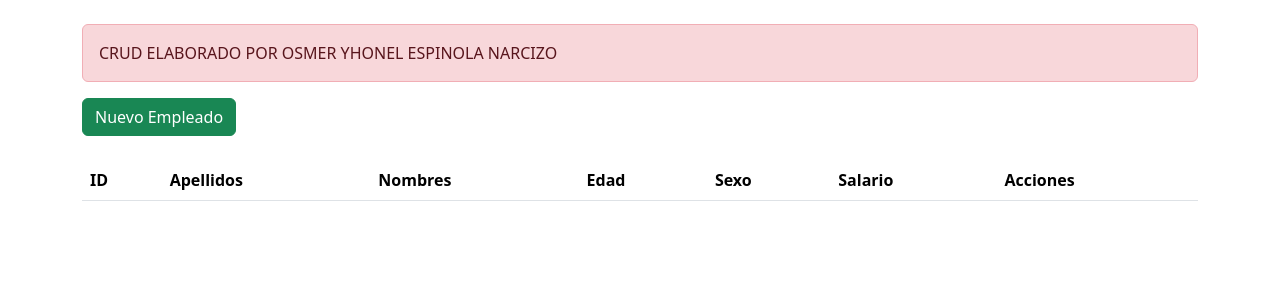
Repository: YhonelEspinola/ExamenLP22
Page: http://localhost/index
An editor plug-in stored every save of this project. The page is shown before and after the next save, followed by the edit.
The browser window is 1280 px wide. The pictures show the whole page.
The page is this project's Thymeleaf template; nobody is signed in. The template is opened directly, without the code that normally fills it, so the values that code supplies are empty.

Above is the page before, as saved 2023-09-25 19:34:10.

### Examen_ClI/src/main/resources/templates/index.html
<!DOCTYPE html>
<html>
<head>
<meta charset="UTF-8">
<title>Insert title here</title>
<link href="https://cdn.jsdelivr.net/npm/bootstrap@5.3.2/dist/css/bootstrap.min.css" rel="stylesheet" integrity="sha384-T3c6CoIi6uLrA9TneNEoa7RxnatzjcDSCmG1MXxSR1GAsXEV/Dwwykc2MPK8M2HN" crossorigin="anonymous">
<link rel="stylesheet" href="https://cdn.jsdelivr.net/npm/bootstrap-icons@1.11.1/font/bootstrap-icons.css">
</head>
<body>
<div class="container mt-4">
	<div class="alert alert-danger" role="alert">
    CRUD ELABORADO POR OSMER YHONEL ESPINOLA NARCIZO
	</div>
	<a th:href="@{/new}" class="btn btn-success">Nuevo Empleado</a>
	<br><br>
    <table class="table">
        <thead>
            <tr>
                <th>ID</th>
                <th>Apellidos</th>
                <th>Nombres</th>
                <th>Edad</th>
                <th>Sexo</th>
                <th>Salario</th>
                <th>Acciones</th>
            </tr>
        </thead>
        <tbody>

            <tr th:each="empleado : ${empleados}">
                <td th:text="${empleado.id}">${empleado.id}</td>
                <td th:text="${empleado.apellidos}">${empleado.apellidos}</td>
                <td th:text="${empleado.nombres}">${empleado.nombres}</td>
                <td th:text="${empleado.edad}">${empleado.edad}</td>
                <td th:text="${empleado.sexo}">${empleado.sexo}</td>
                <td th:text="${empleado.salario}">${empleado.salario}</td>
                <td>
                    <a th:href="@{/editar/}+${empleado.id}" class="btn btn-info">
    				<i class="bi bi-pencil-square"></i> Editar</a>
                    <a th:href="@{/eliminar/}+${empleado.id}" class="btn btn-danger">
					<i class="bi bi-trash"></i>Eliminar</a>
                </td>
            </tr>
        </tbody>
    </table>
</div>

</body>
</html>

After the next save:
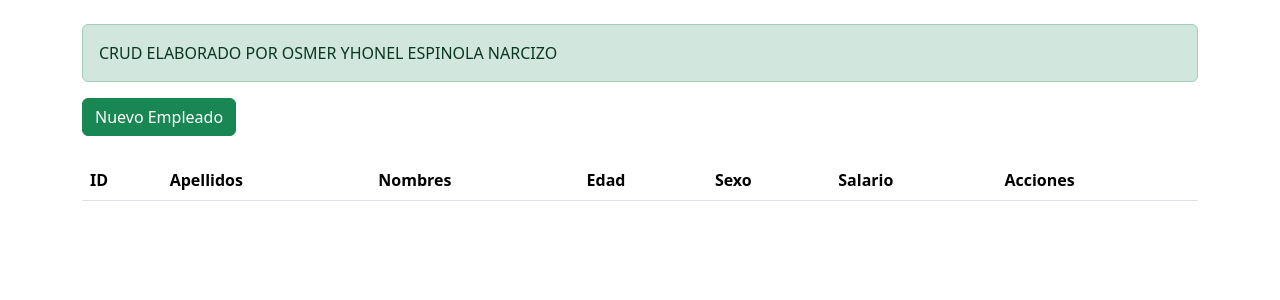
Saved 34 s later.
--- a/Examen_ClI/src/main/resources/templates/index.html
+++ b/Examen_ClI/src/main/resources/templates/index.html
@@ -8,7 +8,7 @@
 </head>
 <body>
 <div class="container mt-4">
-	<div class="alert alert-danger" role="alert">
+	<div class="alert alert-success" role="alert">
     CRUD ELABORADO POR OSMER YHONEL ESPINOLA NARCIZO
 	</div>
 	<a th:href="@{/new}" class="btn btn-success">Nuevo Empleado</a>
